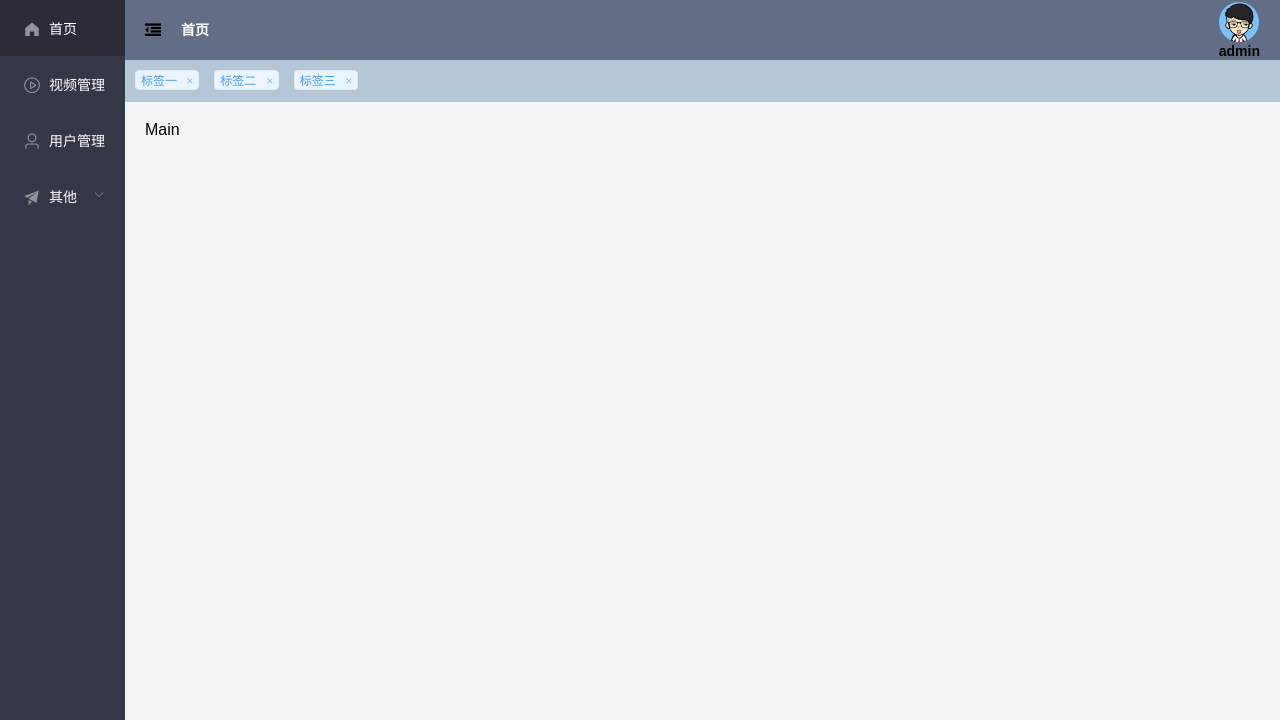
Repository: coWhy/vue-manage
Page: /
The author's editor kept a copy of each file at every save. The page is drawn from the files as they stood at one save, then again after the next save.
The browser window is 1280 px wide. The pictures show the whole page.
The project was rebuilt for these pictures with package versions that can differ from the ones it lists, and the page was loaded fresh each time. Also part of the build but not shown: vue.config.js.

Above is the page before, as saved 2020-04-13 20:36:09.

### src/main.js
import Vue from 'vue'
import App from './App.vue'
import router from './router'
import store from './store'
import '@/assets/scss/reset.scss'
import ElementUI from 'element-ui'
import 'element-ui/lib/theme-chalk/index.css'
import '@/assets/font-awesome-4.7.0/css/font-awesome.css'
Vue.config.productionTip = false

console.log(
  `当前所处开发环境:【${process.env.NODE_ENV}】| 路由为: 【${process.env.VUE_APP_URL}】`
)
Vue.use(ElementUI)
new Vue({
  router,
  store,
  render: h => h(App)
}).$mount('#app')

### src/App.vue
<template>
  <div id="app">
    <router-view />
  </div>
</template>

<style lang="scss">
#app {
  // color: $theme-color;
  height: 100vh;
}
</style>

### src/router/index.js
import Vue from 'vue'
import VueRouter from 'vue-router'
//
const originalPush = VueRouter.prototype.push
VueRouter.prototype.push = function push(location) {
  return originalPush.call(this, location).catch(err => err)
}
Vue.use(VueRouter)

const routes = [
  {
    path: '/',
    component: () => import('@/views/layout/index')
  }
]

const router = new VueRouter({
  routes
})

export default router

### src/store/index.js
import Vue from 'vue'
import Vuex from 'vuex'
import tag from './modules/tag'
Vue.use(Vuex)

export default new Vuex.Store({
  state: {},
  mutations: {},
  actions: {},
  modules: {
    tag
  }
})

### src/assets/scss/_variable.scss
// 全局配置样式 修改主题颜色
$theme-color: #33aef0;

### src/views/layout/index.vue
<template>
  <el-container class="container">
    <!-- 左侧菜单栏 -->
    <el-aside width="auto">
      <common-aside></common-aside>
    </el-aside>
    <el-container>
      <!-- 头部 -->
      <el-header class="header">
        <common-header></common-header>
      </el-header>
      <!-- Tab标签 -->
      <common-tag class="tag"></common-tag>
      <!-- 主体 -->
      <el-main>
        Main
        <!-- <router-view></router-view> -->
      </el-main>
    </el-container>
  </el-container>
</template>

<script>
import CommonAside from './components/aside/index'
import CommonHeader from './components/header/index'
import CommonTag from './components/tag/index'
export default {
  components: {
    CommonAside,
    CommonHeader,
    CommonTag
  }
}
</script>

<style lang="scss" scoped>
.container {
  height: 100%;
}
.header {
  background-color: #626e85; // 头部背景色
  width: 100%;
}
.main {
  padding-top: 0;
}
</style>

### src/store/modules/tag.js
export default {
  state: {
    menuList: [], // 全部菜单
    curMenu: null // 点击选中的菜单
  },
  mutations: {
    // 点击 菜单之后 对应的tab 标签也要 进入 tabList 进行存放
    // 首页 不加入tabList
    getMenu(state, selectedMenu) {
      if (selectedMenu.name !== 'home') {
        state.curMenu = selectedMenu
      } else {
        state.curMenu = null
      }
    }
  },
  actions: {},
  modules: {}
}

### src/views/layout/components/aside/index.vue
<template>
  <el-menu
    default-active="2"
    class="el-menu-vertical-demo"
    :background-color="asideSetting.bgColor"
    :text-color="asideSetting.texteColor"
    :active-text-color="asideSetting.activeTextColor"
  >
    <!-- 这是没有子级菜单的
    handleClickMenu(item) 将选中的菜单元素存入store中的menu 用于tab使用
    由于 分两种情况 所以 下面两种 都需要加上handleClickMenu 事件
    v-for="item in noChildrenList" 遍历元素列表
    :index="item.path"  路由相关
    :key="item.title" 索引 避免重复
    -->
    <!-- noChildrenList -->
    <el-menu-item
      :index="item.path"
      v-for="item in noChildrenList"
      :key="item.title"
      @click="handleClickMenu(item)"
    >
      <i :class="item.icon"></i>
      <span slot="title">{{ item.title }}</span>
    </el-menu-item>
    <!-- hasChildrenList -->
    <el-submenu
      :index="item.title"
      v-for="item in hasChildrenList"
      :key="item.title"
    >
      <template slot="title">
        <i :class="item.icon"></i>
        <span slot="title">{{ item.title }}</span>
      </template>
      <el-menu-item-group>
        <el-menu-item
          :index="subItem.path"
          v-for="subItem in item.children"
          :key="subItem.title"
          @click="handleClickMenu(subItem)"
        >
          <i :class="subItem.icon"></i>
          <span slot="title">{{ subItem.title }}</span>
        </el-menu-item>
      </el-menu-item-group>
    </el-submenu>
  </el-menu>
</template>

<script>
export default {
  computed: {
    noChildrenList() {
      // asideMenuList 没有 子级菜单
      return this.asideMenuList.filter(item => !item.children)
    },
    hasChildrenList() {
      // asideMenuList 有 子级菜单
      return this.asideMenuList.filter(item => item.children)
    }
  },
  data() {
    return {
      asideSetting: {
        bgColor: '#343746', // 侧边栏背景颜色
        activeTextColor: '#4ffffb', // 选中字体的颜色
        texteColor: '#fff' // 默认字体颜色
      },
      //侧边栏菜单列表
      asideMenuList: [
        {
          path: '/',
          name: 'home',
          title: '首页',
          icon: 'el-icon-s-home'
        },
        {
          path: '/video',
          name: 'video',
          title: '视频管理',
          icon: 'el-icon-video-play'
        },
        {
          path: '/user',
          name: 'user',
          title: '用户管理',
          icon: 'el-icon-user'
        },
        {
          title: '其他',
          icon: 'el-icon-s-promotion',
          children: [
            {
              path: '/page1',
              name: 'page1',
              title: '页面1',
              icon: 'el-icon-setting'
            },
            {
              path: '/page2',
              name: 'page2',
              title: '页面2',
              icon: 'el-icon-setting'
            }
          ]
        }
      ]
    }
  },
  methods: {
    // 选中菜单 传入store
    handleClickMenu(item) {
      this.$store.commit('getMenu', item)
    }
  }
}
</script>

<style lang="scss" scoped>
.el-menu {
  // 菜单占满容器
  height: 100%;
  border: none;
}
</style>

### src/views/layout/components/header/index.vue
<template>
  <header class="header">
    <div class="l-content">
      <!-- 折叠标签 可以折叠左侧菜单栏 折叠：fa fa-outdent 展开： fa fa-indent -->
      <i class="fa fa-outdent" aria-hidden="true"></i>
      <!-- 面包屑导航 -->
      <el-breadcrumb separator="/">
        <!-- 默认保留一个 首页 -->
        <el-breadcrumb-item :to="{ path: '/' }">首页</el-breadcrumb-item>
        <!-- curMenu 不为null的时候才渲染出来 -->
        <el-breadcrumb-item :to="curMenu.path" v-if="curMenu">
          {{ curMenu.title }}
        </el-breadcrumb-item>
      </el-breadcrumb>
    </div>
    <!-- 用户部分 头像 下拉菜单 等 -->
    <div class="r-content">
      <el-dropdown trigger="click" size="mini">
        <span class="el-dropdown-link">
          <!-- 用户头像 和 用户名 动态获取 -->
          <img :src="userInfo.avatar" class="avatar" />
          <span class="name">{{ userInfo.username }}</span>
        </span>
        <el-dropdown-menu slot="dropdown">
          <el-dropdown-item>个人中心</el-dropdown-item>
          <el-dropdown-item>退出登录</el-dropdown-item>
        </el-dropdown-menu>
      </el-dropdown>
    </div>
  </header>
</template>

<script>
import { mapState } from 'vuex'
export default {
  computed: {
    ...mapState({
      curMenu: state => state.tag.curMenu // 选中的菜单对象
    })
  },
  data() {
    return {
      // 用户信息
      userInfo: {
        username: 'admin', // 用户名
        avatar: require('@/assets/images/user.png') // 用户头像
      }
    }
  },
  methods: {}
}
</script>

<style lang="scss" scoped>
.header {
  display: flex;
  height: 100%;
  align-items: center;
  justify-content: space-between;
}
.l-content {
  // width: 380;
  display: flex;
  align-items: center;
  i {
    margin-right: 20px;
  }
  justify-content: space-between;
}
.r-content {
  .avatar {
    width: 40px;
    height: 40px;
    border-radius: 50%;
  }
  .name {
    display: flex;
    height: 100%;
    color: black;
    font-weight: bolder;
    align-items: center;
  }
}
</style>
<style lang="scss">
.el-breadcrumb__item {
  .el-breadcrumb__inner {
    color: #b9d0fb;
    font-weight: normal;
  }
  &:last-child {
    .el-breadcrumb__inner {
      color: #ffffff;
      font-weight: bolder;
    }
  }
}
</style>

### src/views/layout/components/tag/index.vue
<template>
  <div class="tags">
    <!--  tabs标签
  不是首页才可以关闭
  -->
    <el-tag
      size="mini"
      :key="tag"
      v-for="tag in dynamicTags"
      closable
      :disable-transitions="false"
      @close="handleClose(tag)"
    >
      {{ tag }}
    </el-tag>
  </div>
</template>

<script>
export default {
  data() {
    return {
      dynamicTags: ['标签一', '标签二', '标签三'],
      inputVisible: false,
      inputValue: ''
    }
  },
  methods: {
    handleClose(tag) {
      this.dynamicTags.splice(this.dynamicTags.indexOf(tag), 1)
    }
  }
}
</script>

<style lang="scss" scoped>
.tags {
  background-color: #b5c6d6;
  position: relative;
  height: 42px;
  border: none;
  overflow: hidden;
  padding: 10px;
  .el-tag {
    padding-top: 1px;
    padding-bottom: 1px;
    margin-right: 15px;
    cursor: pointer;
  }
}
</style>

Loaded but not shown: public/index.html (common file); src/assets/scss/reset.scss (common file); src/assets/font-awesome-4.7.0/css/font-awesome.css (library)

After the next save:
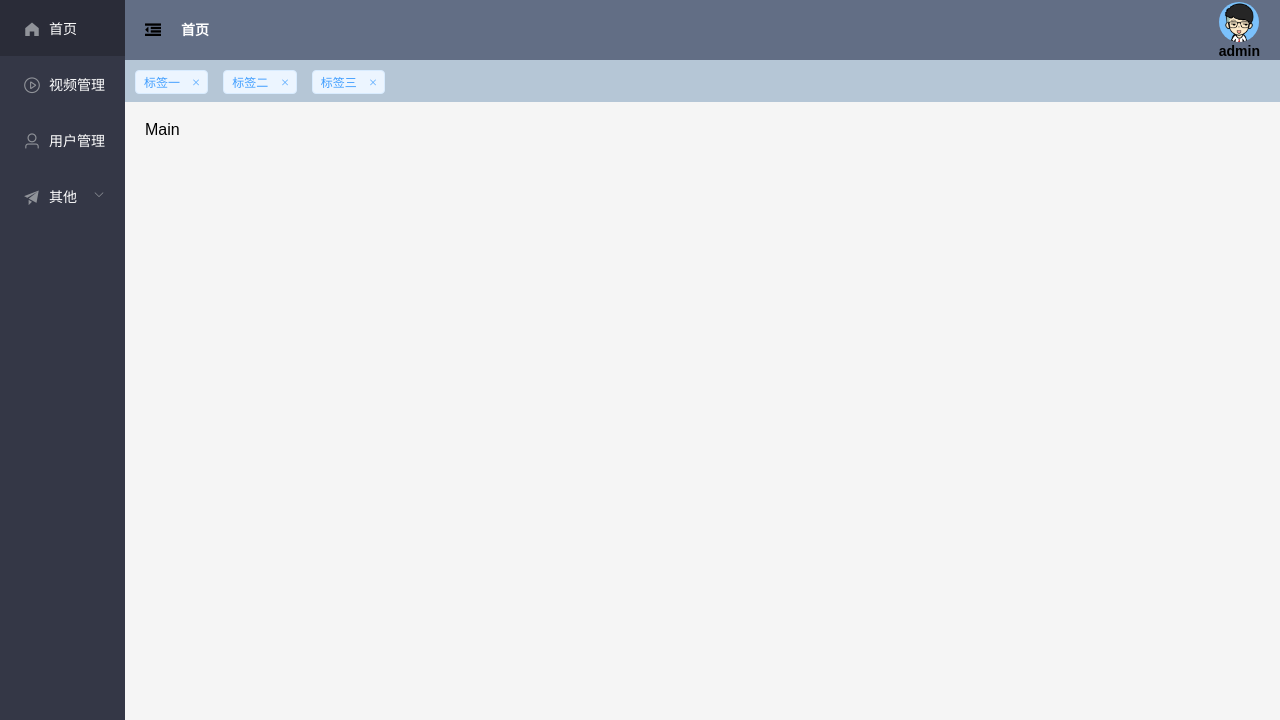
Saved 17 s later.
--- a/src/views/layout/components/tag/index.vue
+++ b/src/views/layout/components/tag/index.vue
@@ -4,7 +4,7 @@
   不是首页才可以关闭
   -->
     <el-tag
-      size="mini"
+      size="small"
       :key="tag"
       v-for="tag in dynamicTags"
       closable
